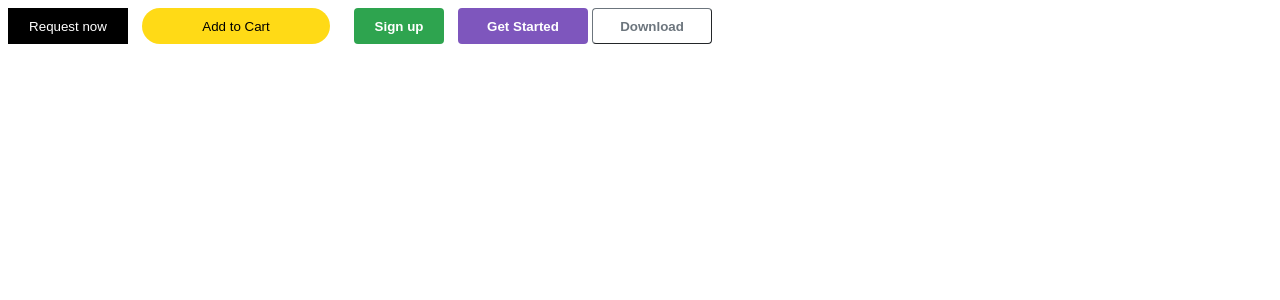
Repository: Kurumilli/Youtube
Page: Exercise3.html
The author's editor kept a copy of each file at every save. The page is drawn from the files as they stood at one save, then again after the next save.
The browser window is 1280 px wide. The pictures show the whole page.
The pointer rests on the first visible `.bootstrap2d`.

Above is the page before, as saved 2025-01-25 12:34:11.

After the next save:
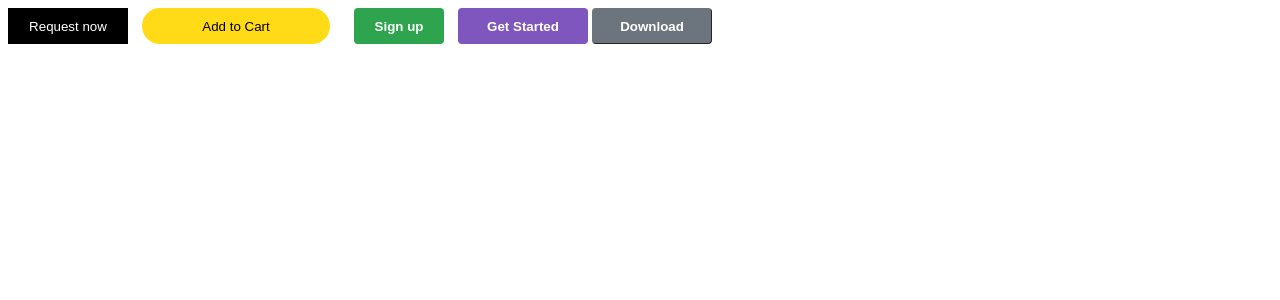
Saved 49 s later.
--- a/Exercise3.html
+++ b/Exercise3.html
@@ -73,6 +73,11 @@
                     border-radius: 4px;
                 }
 
+                .bootstrap2d:hover{
+                    background-color: rgb(108,117,125);
+                    color: white;
+                }
+
          </style>
          <button class="uber">
             Request now
